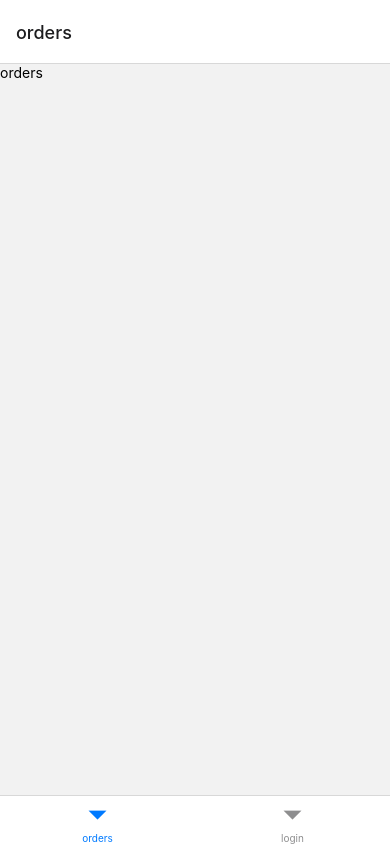
Repository: grownet-App/grownetAll
Screen: / (app in grownet-app/)
The author's editor kept a copy of each file at every save. The screen is drawn from the files as they stood at one save, then again after the next save.
The app was drawn by React Native's web renderer in a window 390 px wide. The project was rebuilt for these pictures with package versions that can differ from the ones it lists, and the page was loaded fresh each time. Also part of the build but not shown: grownet-app/screens/loginPage.js.

Above is the screen before, as saved 2023-07-05 17:53:00.

After the next save:
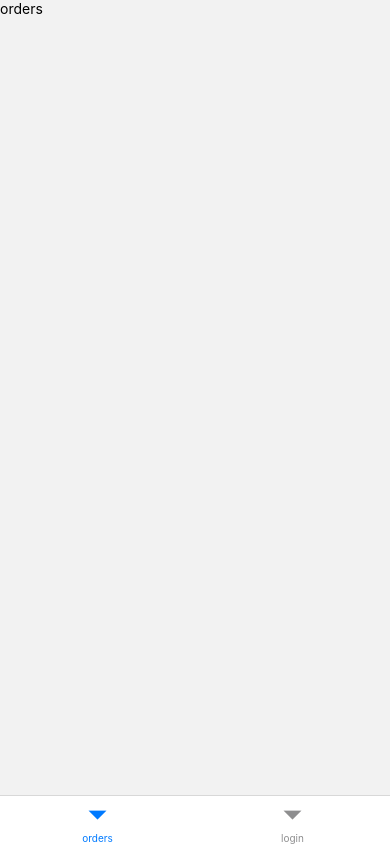
Saved 3 min 34 s later.
--- a/grownet-app/assets/navigation.js
+++ b/grownet-app/assets/navigation.js
@@ -10,7 +10,13 @@
 function MyTabs() {
     return (
         <Tab.Navigator>
-            <Tab.Screen name="orders" component={orders} />
+            <Tab.Screen
+            name="orders"
+            component={orders}
+            options={{
+                headerShown: false
+            }}
+            />
             <Tab.Screen name="login" component={loginPage} />
         </Tab.Navigator>
     )
